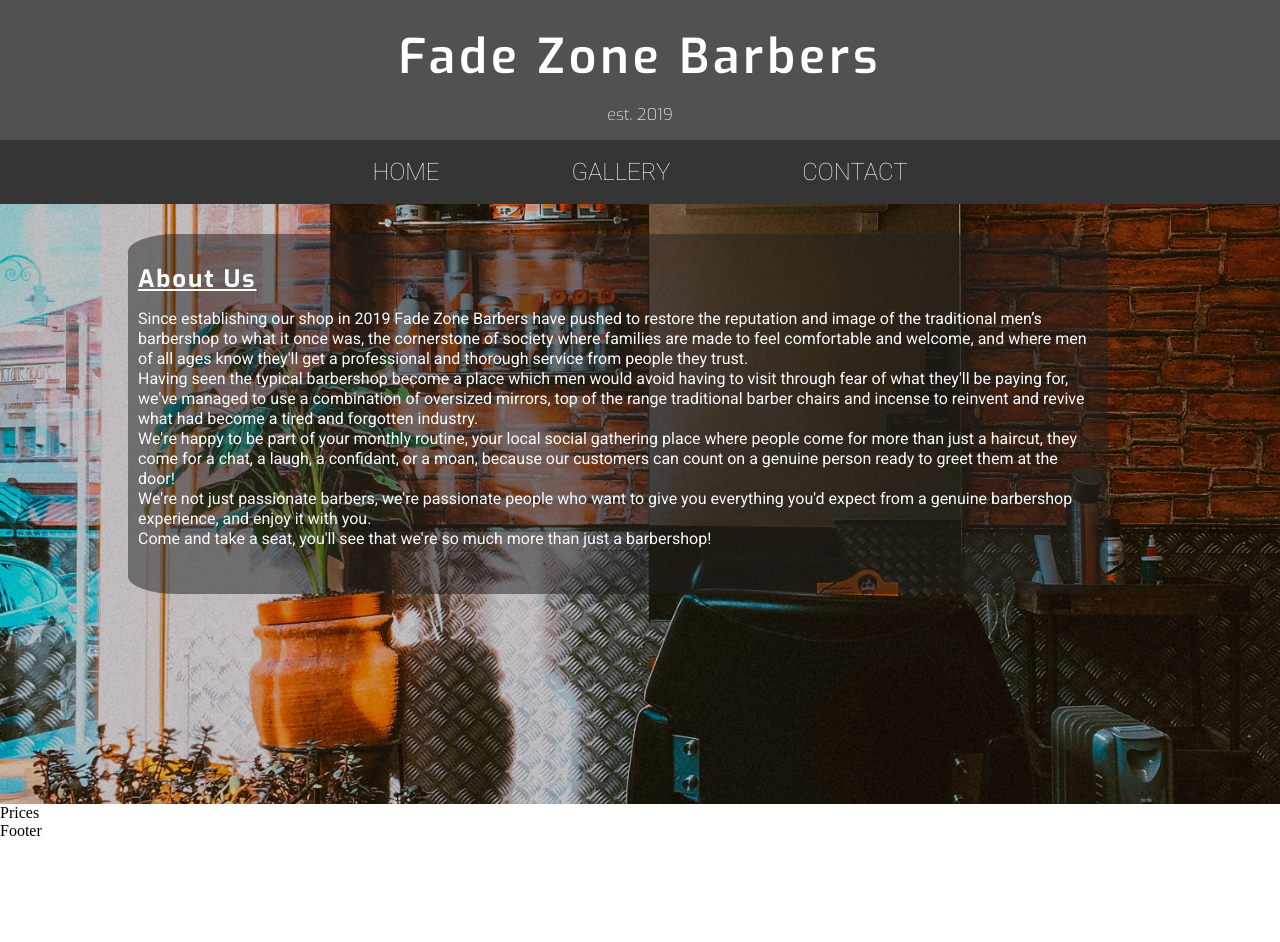
Repository: Boofy360/fade-zone-barbers
Page: index.html
The author's editor kept a record of every edit. The page is drawn from the files as they stood at one moment, then again after the next edit.
The browser window is 1280 px wide. The pictures show the whole page.

Above is the page before.

### index.html
<!DOCTYPE html>
<html lang="en">

<head>
    <meta charset="UTF-8">
    <meta name="viewport" content="width=device-width, initial-scale=1.0">
    <meta http-equiv="X-UA-Compatible" content="ie=edge">
    <link rel="stylesheet" href="assets/css/style.css" type="text/css" />
    <link rel="stylesheet" href="https://maxcdn.bootstrapcdn.com/font-awesome/4.7.0/css/font-awesome.min.css" type="text/css" />
    <link rel="stylesheet" href="https://cdnjs.cloudflare.com/ajax/libs/hover.css/2.3.1/css/hover-min.css" type="text/css" />
    <title>Document</title>
</head>

<body>
    <header>
        <div id="heading">
            <h1>Fade Zone Barbers</h1>
            <h2>est. 2019</h2>
            <!----------Figure out how to center---------->
        </div>
    </header>
    <nav>
        <ul id="navbar">
            <li>
                <a href="#">Home</a>
            </li>
            <li>
                <a href="#">Gallery</a>
            </li>
            <li>
                <a href="#">Contact</a>
            </li>
        </ul>
    </nav>
    <section>
        <div id="hero-outer">
            <div id="hero-image">
                <div id="cover-text">
                    <h2>About Us</h3>
                        <p>Since establishing our shop in 2019 Fade Zone Barbers have pushed to restore the reputation and image of the traditional men’s barbershop to what it once was, the cornerstone of society where families are made to feel comfortable
                            and welcome, and where men of all ages know they'll get a professional and thorough service from people they trust.<br>Having seen the typical barbershop become a place which men would avoid having to visit through fear of what
                            they'll be paying for, we've managed to use a combination of oversized mirrors, top of the range traditional barber chairs and incense to reinvent and revive what had become a tired and forgotten industry.<br>We're happy to be
                            part of your monthly routine, your local social gathering place where people come for more than just a haircut, they come for a chat, a laugh, a confidant, or a moan, because our customers can count on a genuine person ready
                            to greet them at the door!<br>We're not just passionate barbers, we're passionate people who want to give you everything you'd expect from a genuine barbershop experience, and enjoy it with you.<br>Come and take a seat, you'll see
                            that we're so much more than just a barbershop!
                        </p>
                </div>
            </div>
        </div>
    </section>
    <section>
        Prices
    </section>
    <footer>
        Footer
    </footer>
</body>

</html>

### assets/css/style.css
@import url('https://fonts.googleapis.com/css?family=Roboto:100,200,300,400,500,600,700|Exo:100,200,300,400,500,600,700');

/*--------------------------------------------Special paddings/margins/text*/

body {
    margin: 0;
    padding: 0;
    border: 0;
}

a:link {
    text-decoration: none!important;
}

/*--------------------------------------------Header*/

header {
    background-color: rgba(8, 8, 8, 0.7);
    font-family: "Exo", sans-serif;
    line-height: 50px;
    text-align: center;
}

#heading h1 {
    font-size: 300%;
    letter-spacing: 4px;
    color: #fff;
    font-weight: 600;
    margin: 0;
    padding: 32px 0 8px;
}

#heading h2 {
    font-size: 100%;
    color: #fafafa;
    font-weight: 200;
    margin: 0;
}

/*--------------------------------------------Navbar*/

#navbar {
    background-color: rgba(32, 32, 32, 0.9);
    list-style-type: none;
    margin: 0;
    padding: 0;
    float: none;
    text-align: center
}

#navbar li {
    display: inline-block;
}

#navbar li a {
    font-family: "Roboto", sans-serif;
    color: #fafafa;
    font-size: 150%;
    font-weight: 100;
    text-transform: uppercase;
    padding: 0 64px;
    text-decoration: none;
    display: inline;
    line-height: 64px;
    transition: all 0.35s ease-in-out;
    -moz-transition: all 0.35s ease-in-out;
    -webkit-transition: all 0.35s ease-in-out;
    -o-transition: all 0.35s ease-in-out;
}

#navbar li a:hover {
    color: #ffdf00;
}

/*--#navbar li a:active {
    border-bottom: 5px double #ffdf00;
}*/

/*--------------------------------------------About Us*/

#hero-image {
  background-image: linear-gradient(rgba(0, 0, 0, 0.2), rgba(0, 0, 0, 0.2)), url("../images/salon-chair-background.jpg");
  height: 600px;
  background-position: center;
  background-repeat: no-repeat;
  background-size: cover;
  position: relative;
}


#hero-outer {
    height: 600px;
    width: 100%;
    overflow: hidden;
}

#cover-text h2 {
    letter-spacing: 2px;
    font-family: "Exo", sans-serif;
    text-decoration: underline;


}

#cover-text {
    background-color: rgba(32,32,32,0.5);
    padding: 15px 10px 15px;
    font-family: "Roboto", sans-serif;
    color: #fafafa;
    width: 75%;
    height: 55%;
    line-height: 20px;
    border-radius: 5%;
    bottom: 35%;
    left: 10%;
    position: absolute;
}

.section-heading {

    letter-spacing: 2px;
    color: #fafafa;
    text-decoration: underline;
    padding-top: 20px;
    text-align: center;
}

.section-column {
    background-color: black;
    display: table-cell;
    float: none;
    color: white;
}

.section-content {
    text-align: center;
}

.content-img {
    width: 100%;
    height: auto;
    padding-top: 2%;
}

/*--------------------------------------------Footer*/

footer {
    min-height: 120px;
    margin: 0;
}

.footer-heading {
    font-family: "Roboto", sans-serif;
    letter-spacing: 2px;
    color: #fafafa;
    text-decoration: underline;
    padding-top: 20px;
    text-align: center;
}

.footer-content {
    color: #fff;
    padding: 12px 0;
    text-align: center;
}

.social-links {
    padding-bottom: 15px;
    list-style: none;
}

.social-links li a i {
    width: 32px;
    height: 32px;
    padding: 14px 0;
    margin: 8px;
    border-radius: 50%;
    font-size: 1em;
    line-height: 7px;
    text-align: center;
    color: #fafafa;
    background: #8f8f8f;
    transition: all 0.35s ease-in-out;
    -moz-transition: all 0.35s ease-in-out;
    -webkit-transition: all 0.35s ease-in-out;
    -o-transition: all 0.35s ease-in-out;
}

.social-links li a i:hover {
    background: #d4af37
}

After the next edit:
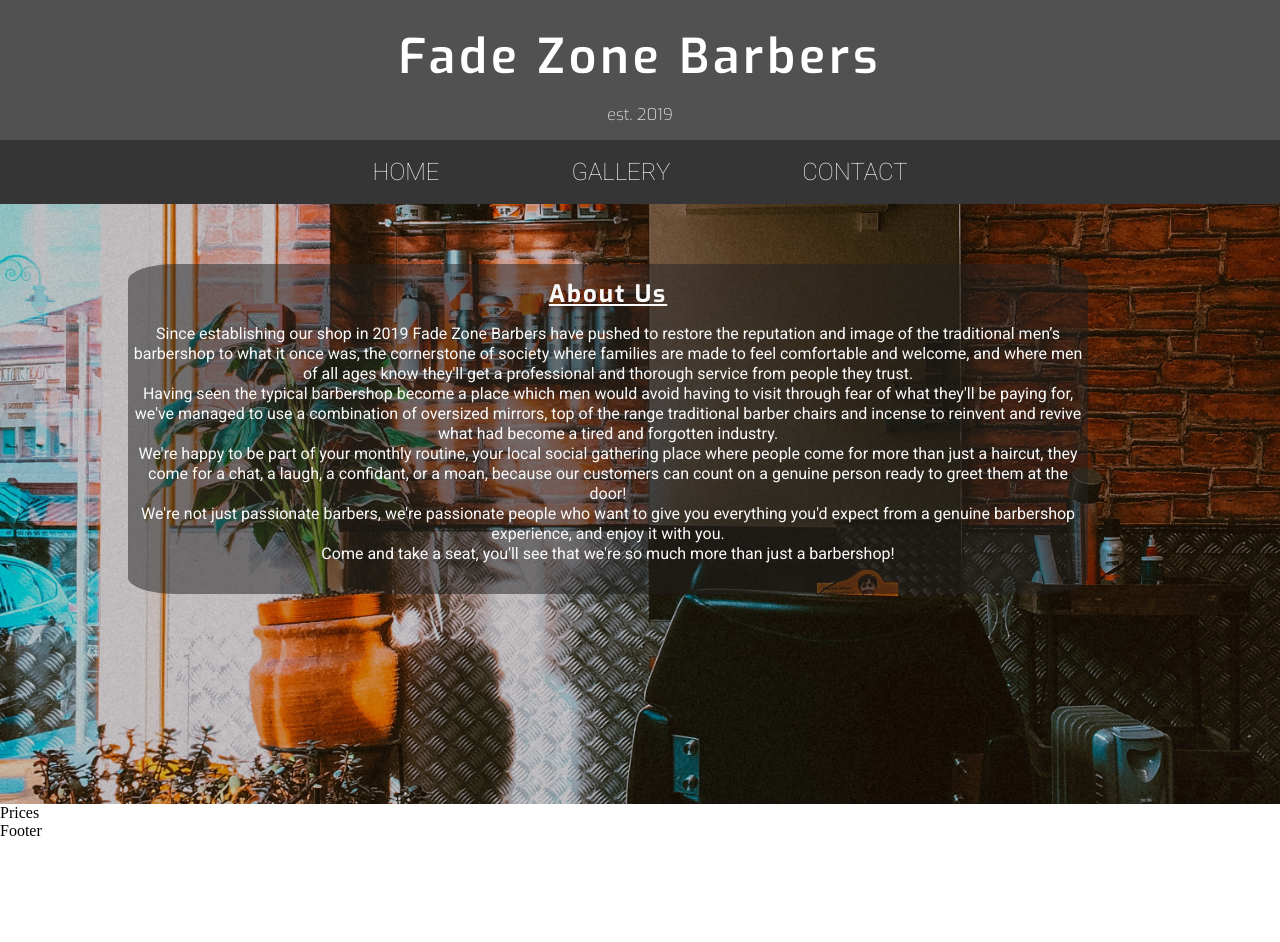
The edit:
--- a/assets/css/style.css
+++ b/assets/css/style.css
@@ -104,7 +104,8 @@
 
 #cover-text {
     background-color: rgba(32,32,32,0.5);
-    padding: 15px 10px 15px;
+    text-align: center;
+
     font-family: "Roboto", sans-serif;
     color: #fafafa;
     width: 75%;
